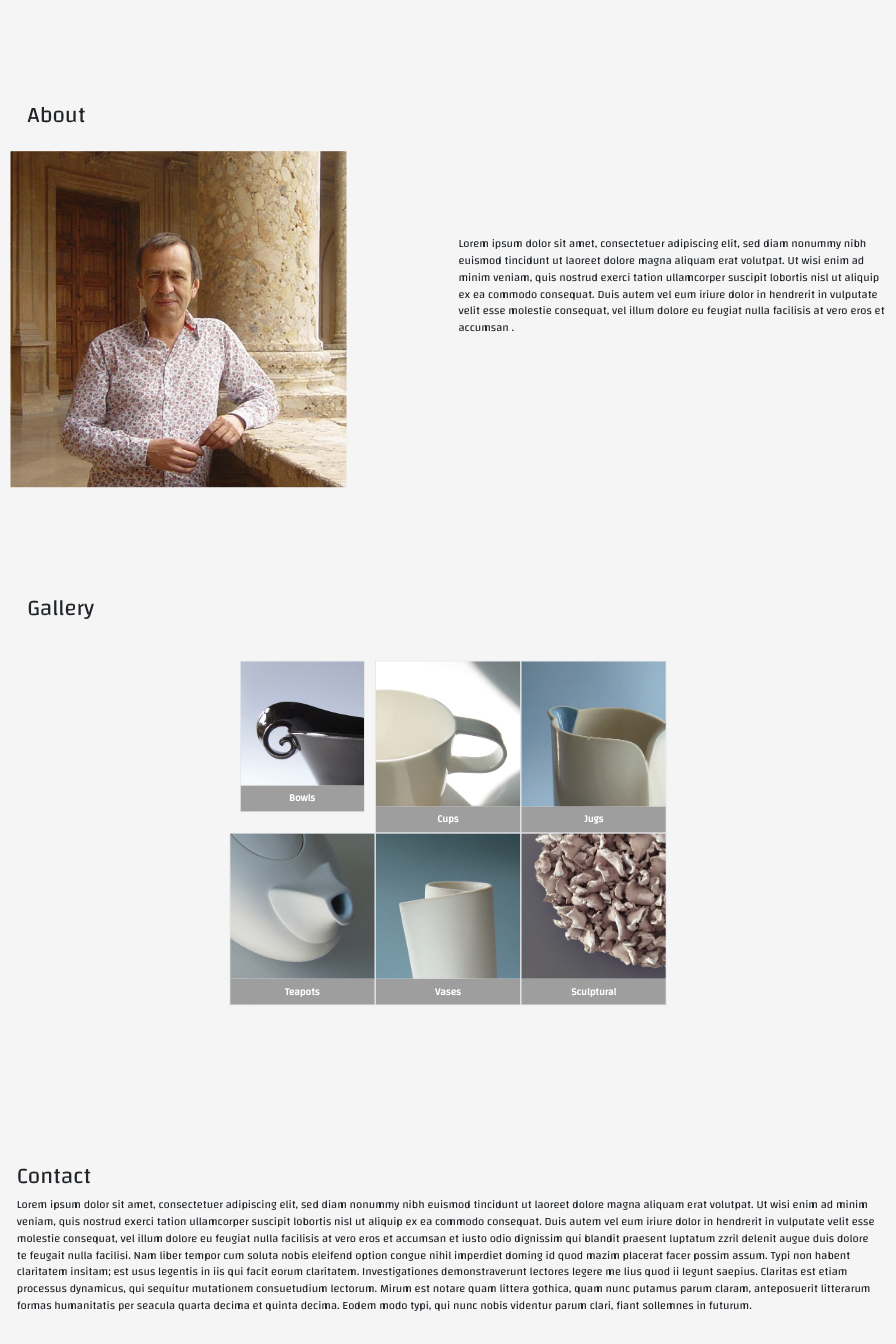
Repository: ManrOsca/ceramics
Page: MDB/index3.html
The author's editor kept a record of every edit. The page is drawn from the files as they stood at one moment, then again after the next edit.
The browser window is 1280 px wide. The pictures show the part of the page from y = 1140 to 3060 px (the page is 3060 px tall), at 70% of full size.
A picture or video elsewhere on the page could not be fetched, so the positions and the page height are approximate.

Above is the page before.

### MDB/index3.html
<!DOCTYPE html>
<html lang="en">

<head>
    <meta charset="utf-8">
    <meta name="viewport" content="width=device-width, initial-scale=1, shrink-to-fit=no">
    <meta http-equiv="x-ua-compatible" content="ie=edge">
    <title>
        <p class="changa text-uppercase">ITALO MANRIQUE - ceramics</p>
    </title>
    <!-- Font Awesome -->
    <link rel="stylesheet" href="https://maxcdn.bootstrapcdn.com/font-awesome/4.7.0/css/font-awesome.min.css">
    <!-- Bootstrap core CSS -->
    <link href="css/bootstrap.min.css" rel="stylesheet">
    <!-- Material Design Bootstrap -->
    <link href="css/mdb.min.css" rel="stylesheet">
    <!-- Your custom styles (optional) -->
    <link rel="stylesheet" href="css/animate.css" type="text/css" />
    <link href="https://fonts.googleapis.com/css?family=Changa" rel="stylesheet">
    <link href="css/style.css" rel="stylesheet">
</head>

<body class="grey lighten-4">
    <!--Main Navigation-->
    <header class="fixed-top">

        <h2 class="changa grey lighten-4 py-4 px-4 upper">Italo Manrique</h2>
        <nav class="navbar navbar-expand-lg navbar-light grey lighten-2">

            <button class="navbar-toggler" type="button" data-toggle="collapse" data-target="#navbarText" aria-controls="navbarText" aria-expanded="false" aria-label="Toggle navigation">
                <span class="navbar-toggler-icon"></span>
            </button>
            <div class="collapse navbar-collapse" id="navbarText">
                <ul class="navbar-nav mr-auto">
                    <li class="nav-item">
                        <a class="nav-link changa" href="index3.html#home">Home</a>
                    </li>
                    <li class="nav-item">
                        <a class="nav-link changa" href="index3.html#about">About</a>
                    </li>
                    <li class="nav-item">
                        <a class="nav-link changa" href="index3.html#gallery">Gallery</a>
                    </li>
                    <li class="nav-item">
                        <a class="nav-link changa" href="index3.html#contact">Contact</a>
                    </li>
                </ul>
            </div>
        </nav>
    </header>
    <!--Main Navigation-->

    <!--Main layout-->
    <main>
        <span class="anchor" id="home"></span>
        <home>
            <div class="landing-text">
                <img src="img/home.jpg" class="container-fluid"></img>
                <p class="px-4 pb-4">Lorem ipsum dolor sit amet, consectetur adipisicing elit.</p>
            </div>

        </home>
        <!--
        <section id="about">
            <about class="px-4">
                <h2 class="px-4">About</h2>
                <div class="row container-fluid">
                    <div class="col-sm-6">
                        <img src="img/about.jpeg"></img>
                    </div>
                    <div class="col-sm-6">
                        <br> <br><br><br><br>
                        <p class="changa">
                            Lorem ipsum dolor sit amet, consectetuer adipiscing elit, sed diam nonummy nibh euismod tincidunt ut laoreet dolore magna aliquam erat volutpat. Ut wisi enim ad minim veniam, quis nostrud exerci tation ullamcorper suscipit lobortis nisl ut aliquip ex
                            ea commodo consequat. Duis autem vel eum iriure dolor in hendrerit in vulputate velit esse molestie consequat, vel illum dolore eu feugiat nulla facilisis at vero eros et accumsan .
                        </p>
                    </div>
                </div>
            </about>
        </section>

-->
         <span class="anchor" id="about"></span>
        <section>
            <div class="container-fluid">
                <h2 class="px-4 py-4">About</h2>
                <div class="row">
                    <div class="col-sm-6">
                        <img src="img/about.jpeg"></img>
                    </div>
                    <div class="col-sm-6">
                        <br> <br><br><br><br>
                        <p class="changa">
                            Lorem ipsum dolor sit amet, consectetuer adipiscing elit, sed diam nonummy nibh euismod tincidunt ut laoreet dolore magna aliquam erat volutpat. Ut wisi enim ad minim veniam, quis nostrud exerci tation ullamcorper suscipit lobortis nisl ut aliquip ex
                            ea commodo consequat. Duis autem vel eum iriure dolor in hendrerit in vulputate velit esse molestie consequat, vel illum dolore eu feugiat nulla facilisis at vero eros et accumsan .
                        </p>
                    </div>
                </div>
            </div>
        </section>

         <span class="anchor" id="gallery"></span>
        <section>
            <div class="container-fluid animated zoomInRight">

                <h2 class="px-4 py-4">Gallery</h2><br>

                <div class="row mx-auto"  style="width: 50%;" >
                    <div class="col-xs-4 col-lg-4">
                        <a href="index3.html#gallery">
                            <div class="img-thumbnail">
                                <img src="img/gallery-menu-bowls.jpg" alt="bowls" class="img-fluid"></img>
                        </a>
                        <figcaption class="figure-caption grey text-center py-2 px-1">Bowls</figcaption>
                        </div>
                    </div>

                    <div class="col-xs-4 col-lg-4 px-0">
                        <a href="index3.html#gallery">
                            <div class="img-thumbnail">
                                <img src="img/gallery-menu-cups.jpg" alt="cups" class="img-fluid"></img>
                        </a>
                        <figcaption class="figure-caption grey text-center py-2 px-1">Cups</figcaption>
                        </div>
                    </div>

                    <div class="col-xs-4 col-lg-4 px-0">
                        <a href="gallery3.html#jugs">
                            <div class="img-thumbnail">
                                <img src="img/gallery-menu-jugs.jpg" alt="jugs" class="img-fluid"></img>
                        </a>
                        <figcaption class="figure-caption grey text-center py-2 px-1">Jugs</figcaption>
                        </div>
                    </div>

                    <div class="col-xs-4 col-lg-4 px-0">
                        <a href="gallery3.html#teapots">
                            <div class="img-thumbnail">
                                <img src="img/gallery-menu-teapots.jpg" alt="teapots" class="img-fluid"></img>
                        </a>
                        <figcaption class="figure-caption grey text-center py-2 px-1">Teapots</figcaption>
                        </div>
                    </div>

                    <div class="col-xs-4 col-lg-4 px-0">
                        <a href="index3.html#gallery">
                            <div class="img-thumbnail">
                                <img src="img/gallery-menu-vases.jpg" alt="vases" class="img-fluid"></img>
                        </a>
                        <figcaption class="figure-caption grey text-center py-2 px-1">Vases</figcaption>
                        </div>
                    </div>

                    <div class="col-xs-4 col-lg-4 px-0">
                        <a href="index3.html#gallery">
                            <div class="img-thumbnail">
                                <img src="img/gallery-menu-sculptural.jpg" alt="sculptural" class="img-fluid"></img>
                        </a>
                        <figcaption class="figure-caption grey text-center py-2 px-1">Sculptural</figcaption>
                        </div>
                    </div>
                </div>




            </div>
            <!-- container -->
        </section>

        <span class="anchor" id="contact"></span>
        <section>
            <contact class="container-fluid">
                <br><br><br><br>
                <h2 class="px-4">Contact</h2>
                <p class="px-4">
                    Lorem ipsum dolor sit amet, consectetuer adipiscing elit, sed diam nonummy nibh euismod tincidunt ut laoreet dolore magna aliquam erat volutpat. Ut wisi enim ad minim veniam, quis nostrud exerci tation ullamcorper suscipit lobortis nisl ut aliquip ex
                    ea commodo consequat. Duis autem vel eum iriure dolor in hendrerit in vulputate velit esse molestie consequat, vel illum dolore eu feugiat nulla facilisis at vero eros et accumsan et iusto odio dignissim qui blandit praesent luptatum
                    zzril delenit augue duis dolore te feugait nulla facilisi. Nam liber tempor cum soluta nobis eleifend option congue nihil imperdiet doming id quod mazim placerat facer possim assum. Typi non habent claritatem insitam; est usus legentis
                    in iis qui facit eorum claritatem. Investigationes demonstraverunt lectores legere me lius quod ii legunt saepius. Claritas est etiam processus dynamicus, qui sequitur mutationem consuetudium lectorum. Mirum est notare quam littera
                    gothica, quam nunc putamus parum claram, anteposuerit litterarum formas humanitatis per seacula quarta decima et quinta decima. Eodem modo typi, qui nunc nobis videntur parum clari, fiant sollemnes in futurum.
                </p>


            </contact>
        </section>
        </div>
        <!--Main container-->

    </main>
    <!--Main layout-->

    <!--Footer-->
    <footer>

    </footer>
    <!--Footer-->






    <!-- SCRIPTS -->
    <!-- JQuery -->
    <script type="text/javascript" src="js/jquery-3.2.1.min.js"></script>
    <!-- Bootstrap tooltips -->
    <script type="text/javascript" src="js/popper.min.js"></script>
    <!-- Bootstrap core JavaScript -->
    <script type="text/javascript" src="js/bootstrap.min.js"></script>
    <!-- MDB core JavaScript -->
    <script type="text/javascript" src="js/mdb.min.js"></script>
</body>

</html>

### MDB/css/style.css
/* Your custom styles */

.changa {
    font-family: 'Changa', sans-serif;
}
/*
.col-sm-4 {
padding: 2px;
}
    */
.grey-text {
  color: #9e9e9e !important;
}
html body {
  font-family: 'Changa', sans-serif;
}

.figure-caption {
  font-size: 90%;
  color: #fff;
/*  text-transform: uppercase; */
  font-weight: 600;
}
.img-thumbnail {
  border-radius: 0;
  padding: 0px !important;
  background-color: inherit;
}
.img-thumbnail img {
  max-height: 100%;
  max-width: 100%;
}

nav {
  margin-top: -0.50em;
}
.col-lg-2, .col-sm-4 {
  padding-left: 0px;
  padding-right: 0px;
}
/*
html,
body,
header,
#intro {
  height: 100%;
}

.home-bg {
   background: url("../img/home.jpg") no-repeat center center fixed;
    background-size: cover;
    -webkit-background-size: cover;
    -moz-background-size: cover;
    -o-background-size: cover;
}
.landing-text {
    text-align: center;
    position: absolute;
    top: 50%;
    left: 50%;
    transform: translate(-50%, -50%);
    color: grey;
}
   */

.push-down-10 {
  padding-top: 10rem;
}
.push-down-5{
  padding-top: 5rem;
}

.push-down-20 {
  padding-top: 20rem;
}
.img-thumbnail {
  max-width: none;
}

thumbnail {
  padding: 1rem;
}

div a img {
  width: 100%;
  display:block;
}
gallery {
  width:100%;
  display:flex;
  flex-flow: row wrap;
}


/* Remove Lightbox white frame */
.lightbox .lb-image {
  border: none;
}
.anchor{
   display:block;
   height:130px; /* this is the height of the header */
/*   margin-top:-142px; /* this is again negative value of the height of the header */
   visibility:hidden;
}
.upper {
    text-transform: uppercase;
}

.nav-link, .navbar {
    padding: 0;
}
/*
html,
body,
header,
#intro {
  height: 100%;
}
#intro{
  background: url("img/home.jpeg") no-repeat center center fixed;
  -webkit-background-size: cover;
  -moz-background-size: cover;
  -o-background-size: cover;
  background-size: cover;
}
@import url('https://fonts.googleapis.com/css?family=Yantramanav:100');
@import url('https://fonts.googleapis.com/css?family=Montserrat:400');
    */


/*--- Media Queries --
@media screen and (max-width: 900px) {

}
@media screen and (max-width: 768px) {

}
@media screen and (max-width: 480px) {

}
*/

Loaded but not shown: MDB/css/bootstrap.min.css (library); MDB/css/mdb.min.css (library); MDB/css/animate.css (library); MDB/js/jquery-3.2.1.min.js (library); MDB/js/popper.min.js (library); MDB/js/bootstrap.min.js (library); MDB/js/mdb.min.js (library)

After the next edit:
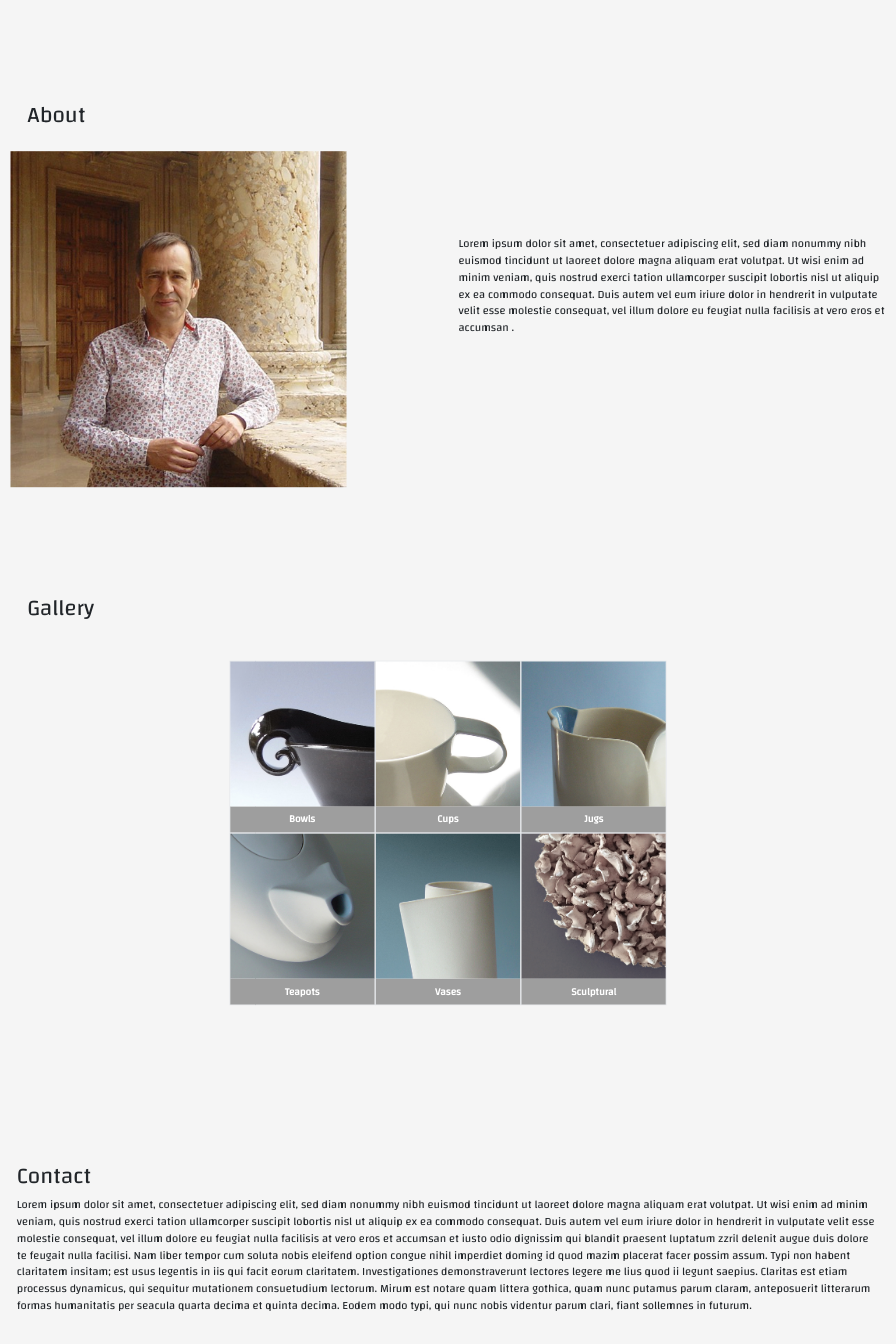
The edit:
--- a/MDB/index3.html
+++ b/MDB/index3.html
@@ -106,7 +106,7 @@
                 <h2 class="px-4 py-4">Gallery</h2><br>
 
                 <div class="row mx-auto"  style="width: 50%;" >
-                    <div class="col-xs-4 col-lg-4">
+                    <div class="col-xs-4 col-lg-4 px-0">
                         <a href="index3.html#gallery">
                             <div class="img-thumbnail">
                                 <img src="img/gallery-menu-bowls.jpg" alt="bowls" class="img-fluid"></img>
